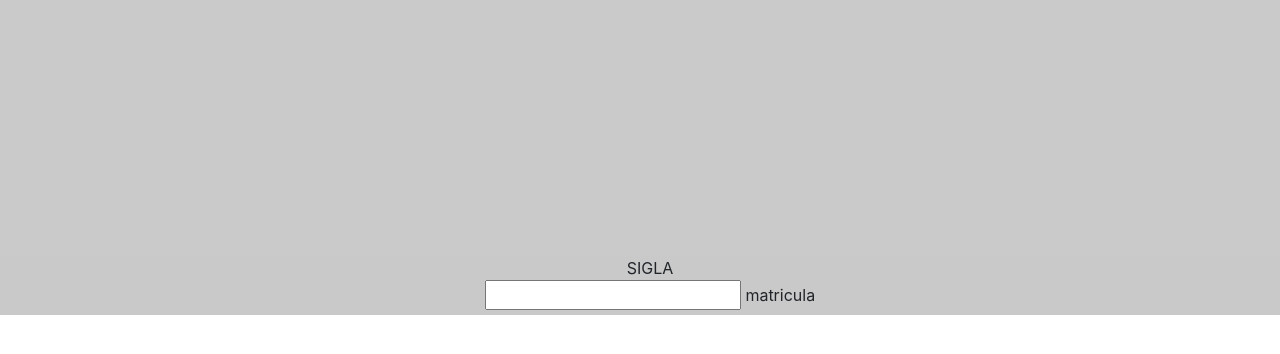
Repository: Melancia06/agenda
Page: index.html
These files come from the project's save history. The page is drawn as it stood at one moment and after a run of saves; the edit follows.
The browser window is 1280 px wide. The pictures show the whole page.

Above is the page before, as saved 2024-08-08 09:20:16.

### index.html
<!DOCTYPE html>
<html lang="en">
<head>
    <meta charset="UTF-8">
    <meta name="viewport" content="width=device-width, initial-scale=1.0">
    <link rel="stylesheet" href="css/bootstrap.css">
    <link rel="stylesheet" href="css/fontawasome.css">
    <link rel="stylesheet" href="css/css.css">
    <title>começando a fazer esboço do sigla</title>
</head>
<body>
    <div class="marca" > SIGLA
        <br>
        <input type="text" name="matricula" id="matricula" class="input" required>
        <label for="matricula">matricula</label>
    </div>
</body>
</html>

### css/css.css
.marca{
    text-align: center;
   background-color:rgba(78, 78, 78, 0.3);
   padding-left: 20px;
   padding-top: 20%;

}

Loaded but not shown: css/bootstrap.css (library); css/fontawasome.css (4616 lines, source omitted)

After the next 3 saves:
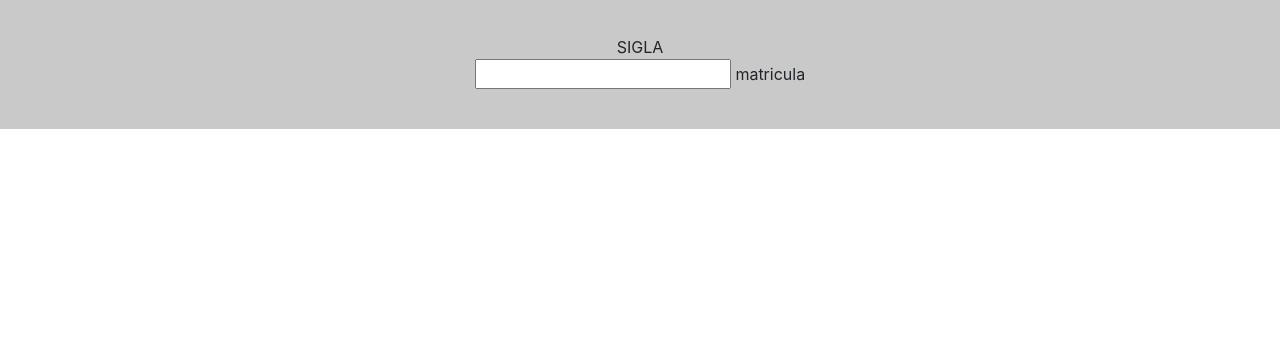
The 3 saves are shown as one change because they came seconds apart.
The last was saved 16 s later.
--- a/css/css.css
+++ b/css/css.css
@@ -3,5 +3,5 @@
    background-color:rgba(78, 78, 78, 0.3);
    padding-left: 20px;
    padding-top: 20%;
-
+    padding: 35px;
 }
